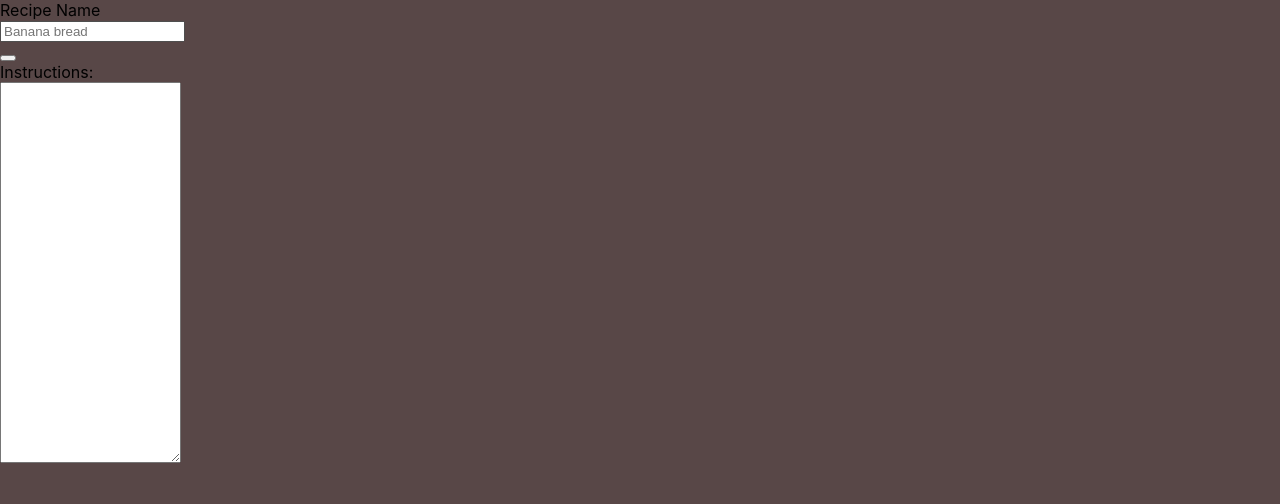
Repository: cdart1/React_Recipe_App
Page: / (app in recipe_app/)
The author's editor kept a copy of each file at every save. The page is drawn from the files as they stood at one save, then again after a run of saves.
The browser window is 1280 px wide. The pictures show the whole page.
The project was rebuilt for these pictures with package versions that can differ from the ones it lists, and the page was loaded fresh each time.

Above is the page before, as saved 2021-03-14 15:47:21.

### recipe_app/src/Components/App.js
import '../App.css';
import RecipeForm from './form'


function App() {

  return (
    <div className="App">
      <div>
        <RecipeForm/>
      </div>
    </div>
  );
}

export default App;

### recipe_app/src/App.css
body {
  background-color: rgb(88, 71, 71);
}

### recipe_app/src/Components/form.js
import React from 'react';
import Form from 'react-bootstrap/Form'
import Button from 'react-bootstrap/Button'

const RecipeForm = () => {

    return (
        <Form>
            <Form.Group controlId="exampleForm.ControlInput1">
                <Form.Label>Recipe Name</Form.Label><br></br>
                <Form.Control type="text" placeholder="Banana bread"/>
            </Form.Group>
            <Form.Group>

                <button onClick></button>
                {/* <Form.Label>Ingredients List</Form.Label><br></br>
                <Form.Control type="text" placeholder="Recipe Name" /> */}
            </Form.Group>
            <Form.Group>
                <Form.Label>Instructions:</Form.Label><br></br>
                <Form.Control as="textarea" rows={25} />
            </Form.Group>
        </Form>
    );
}

export default RecipeForm

Loaded but not shown: recipe_app/public/index.html (common file); recipe_app/src/index.js (common file); recipe_app/src/index.css (common file); recipe_app/src/reportWebVitals.js (common file)

After the next 4 saves:
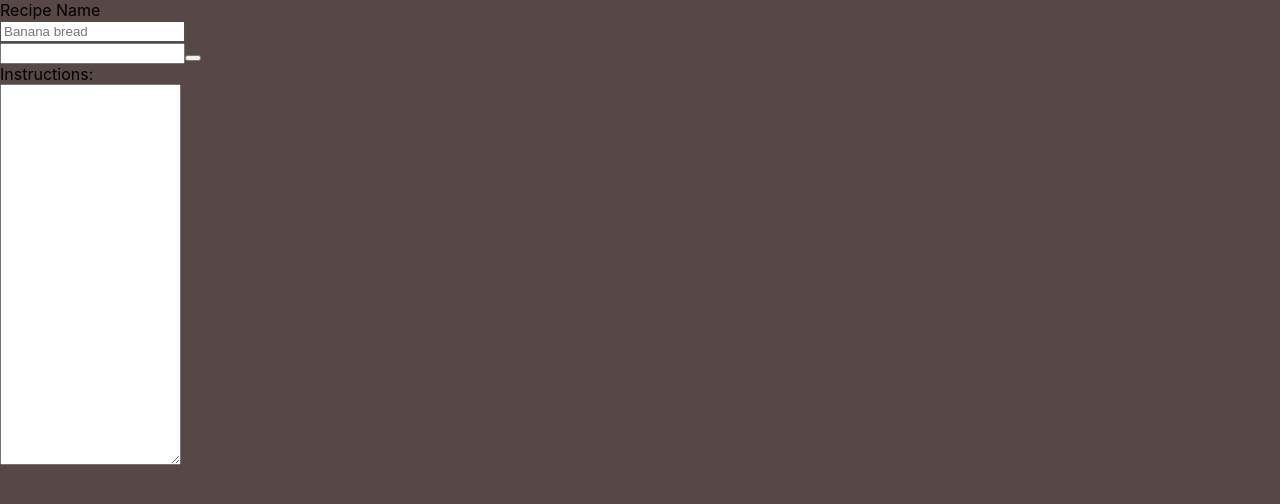
The 4 saves are shown as one change because they came seconds apart.
The last was saved 12 s later.
--- a/recipe_app/src/Components/form.js
+++ b/recipe_app/src/Components/form.js
@@ -11,7 +11,7 @@ const RecipeForm = () => {
                 <Form.Control type="text" placeholder="Banana bread"/>
             </Form.Group>
             <Form.Group>
-
+                <input type='text'></input>
                 <button onClick></button>
                 {/* <Form.Label>Ingredients List</Form.Label><br></br>
                 <Form.Control type="text" placeholder="Recipe Name" /> */}
